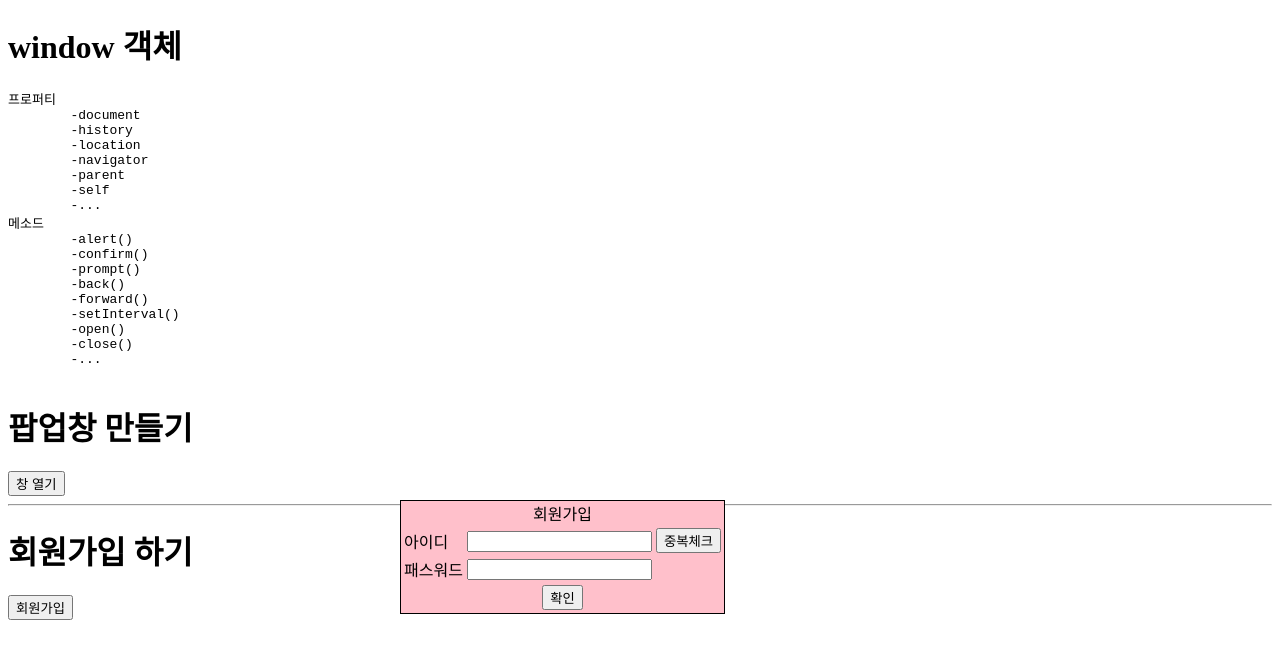
Repository: sunghyun-biblee/LearnSpace
Page: 4_UI/JS_Test/WebContent/js16_window01.html
These files come from the project's save history. The page is drawn as it stood at one moment and after the next save; the edit follows.
The browser window is 1280 px wide. The pictures show the whole page.

Above is the page before, as saved 2023-10-26 04:05:30.

After the next save:
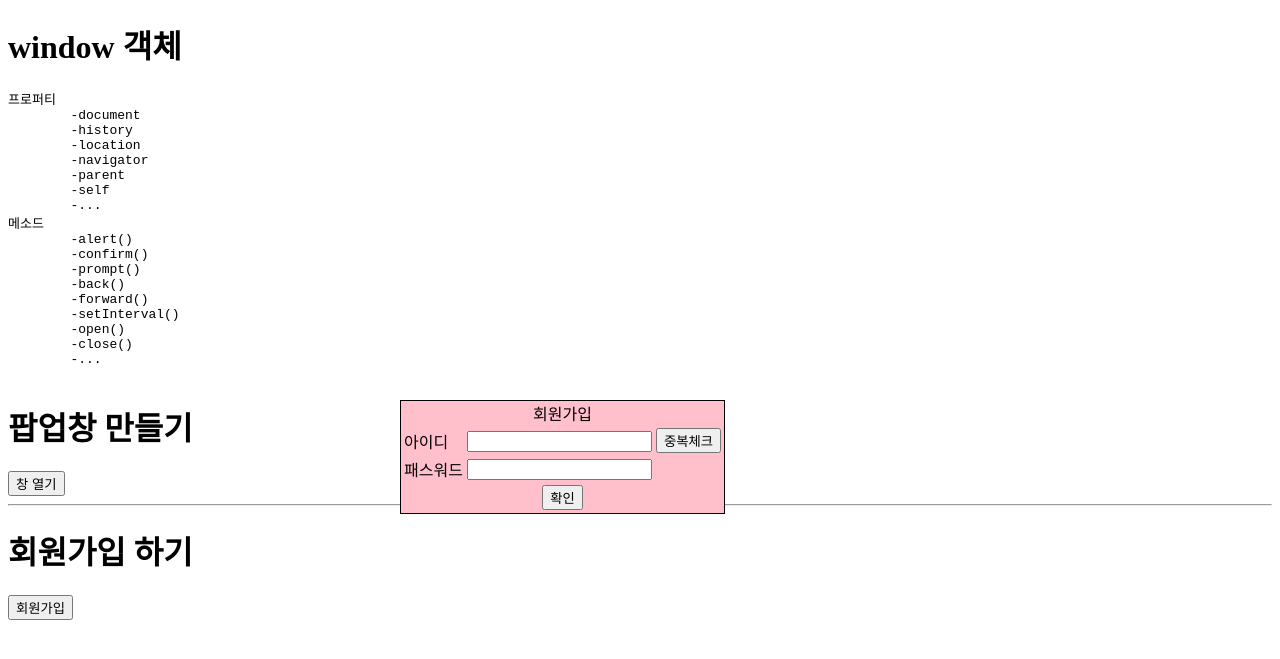
Saved 5 s later.
--- a/4_UI/JS_Test/WebContent/js16_window01.html
+++ b/4_UI/JS_Test/WebContent/js16_window01.html
@@ -8,7 +8,7 @@
 		border : 1px solid black;
 		background: pink;
 		position : absolute;
-		top: 500px;
+		top: 400px;
 		left:400px;
 	}
 </style>

After the save that followed:
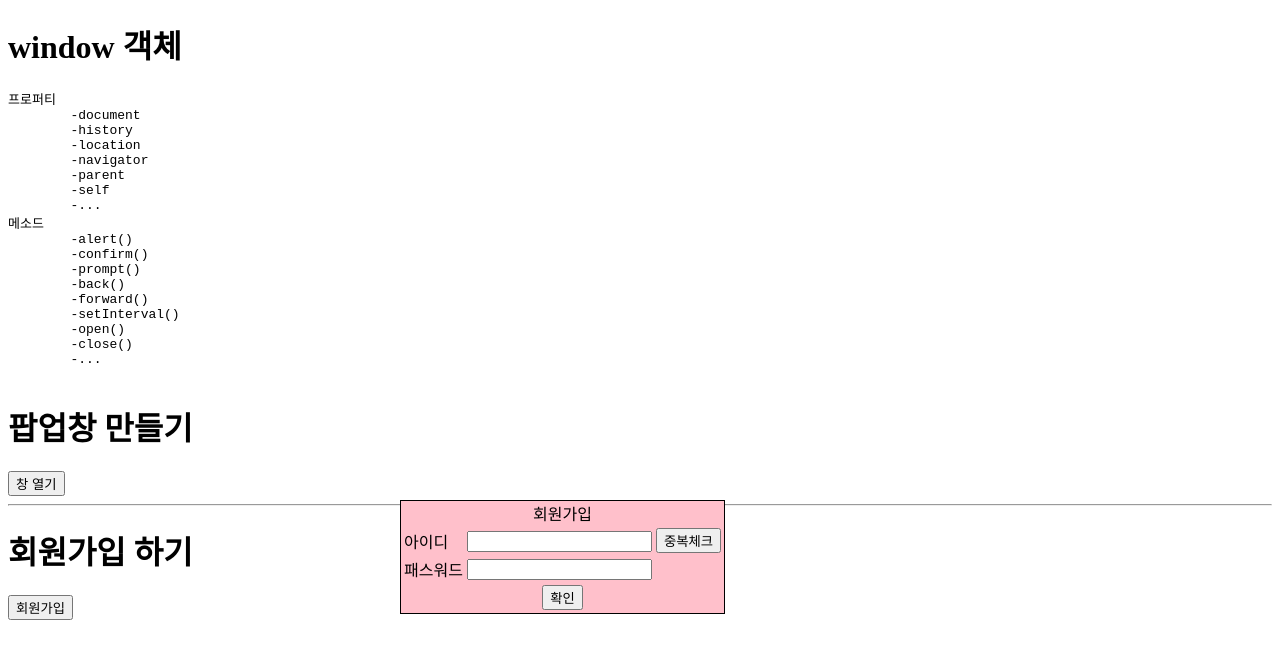
Saved 8 s later.
--- a/4_UI/JS_Test/WebContent/js16_window01.html
+++ b/4_UI/JS_Test/WebContent/js16_window01.html
@@ -8,7 +8,7 @@
 		border : 1px solid black;
 		background: pink;
 		position : absolute;
-		top: 400px;
+		top: 500px;
 		left:400px;
 	}
 </style>
